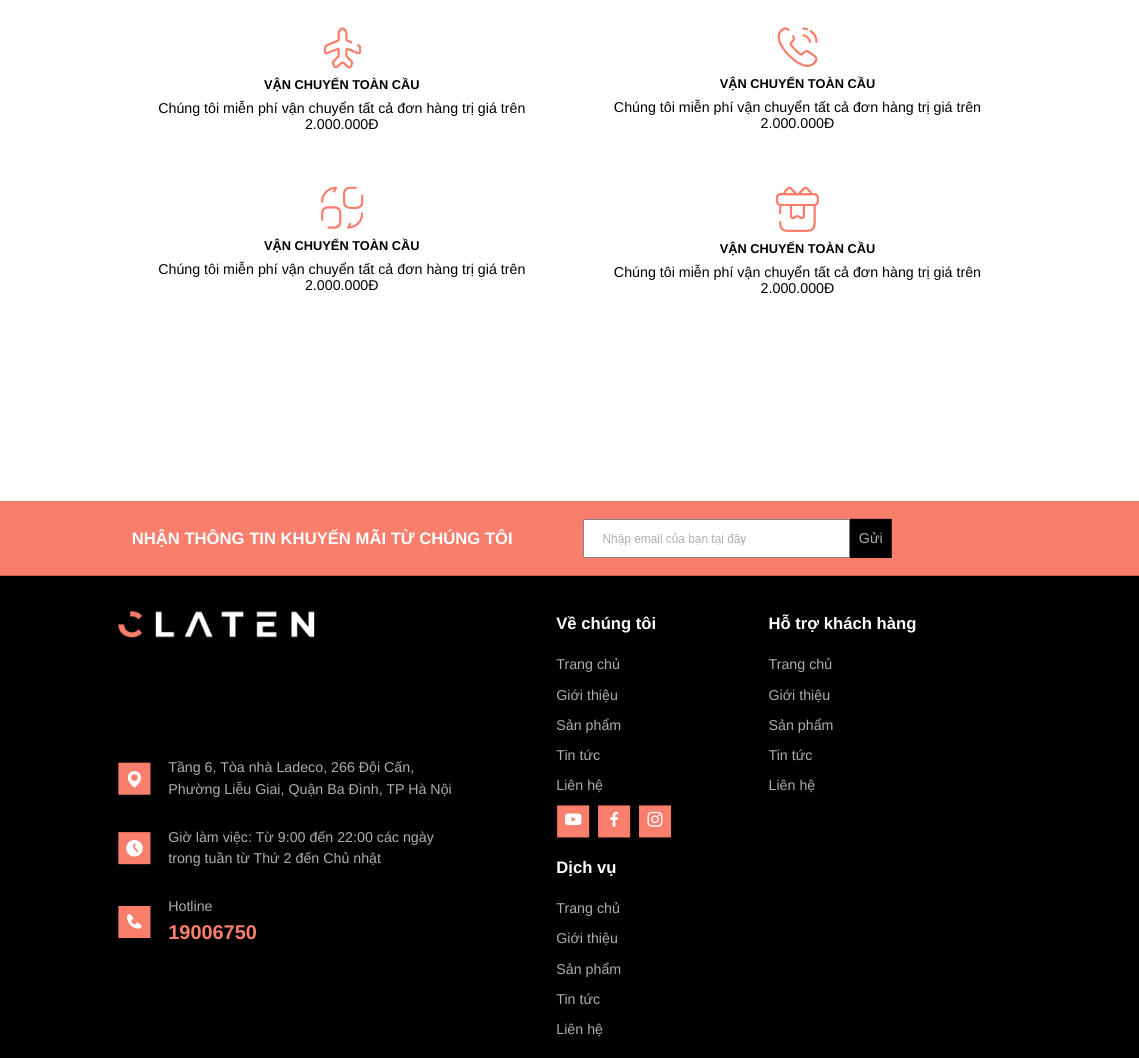
Repository: RennoPMXK/doan
Page: index.html
The author's editor kept a copy of each file at every save. The page is drawn from the files as they stood at one save, then again after the next save.
The browser window is 1280 px wide. The pictures show the part of the page from y = 573 to 1762 px (the page is 1762 px tall before and 1714 px after), at 89% of full size.

Above is the page before, as saved 2021-11-16 19:58:11.

### index.html
<!DOCTYPE html>
<html lang="en">
<head>
    <meta charset="UTF-8">
    <meta http-equiv="X-UA-Compatible" content="IE=edge">
    <meta name="viewport" content="width=device-width, initial-scale=1.0">
    <title>Document</title>
    <link rel="stylesheet" href="./grid.css">
    <link rel="stylesheet" href="./style.css">
    <link rel="stylesheet" href="./responsible.css">
    <link href='https://unpkg.com/boxicons@2.0.9/css/boxicons.min.css' rel='stylesheet'>
</head>
<body>
    <div class="navbar">
        <div class="navbar-wrapper">
            <a class="logo">
                <img src="./img/logo.png" alt="">
            </a>

            <div class="navbar-menu mobile-menu">
                <i class='bx bx-x mobile-close-icon'></i>
                <li class="navbar-menu-item"><a class = 'active' href="#">Trang chủ</a></li>
                <li class="navbar-menu-item"><a href="#">Giới thiệu</a></li>
                <li class="navbar-menu-item"><a href="#">Sản phẩm <i class='bx bxs-down-arrow navbar-menu-icon'></i></a>
                    <ul class="navbar-sub-menu">
                        <li class="navbar-sub-menu-item"><a href="">Đồng hồ nam</a></li>
                        <li class="navbar-sub-menu-item"><a href="">Đồng hồ nữ</a></li>
                        <li class="navbar-sub-menu-item"><a href="">Đồng hồ mới về</a></li>
                        <li class="navbar-sub-menu-item"><a href="">Phụ kiện nam</a></li>
                        <li class="navbar-sub-menu-item"><a href="">Phụ kiện nữ</a></li>
                    </ul>
                </li>
                <li class="navbar-menu-item"><a href="#">Tin tức</a></li>
                <li class="navbar-menu-item"><a href="#">Liên hệ</a></li>
            </div>

            <div class="navbar-icon">
                 <li class="navbar-icon-item"><a href=""><i class='bx bx-search-alt'></i></a></li>
                 <li class="navbar-icon-item"><a href=""><i class='bx bx-user'></i></a></li>
                 <li class="navbar-icon-item"><a href="#"><i class='bx bx-shopping-bag bx-tada ' ></i></a></li>
                 <li class="navbar-icon-item"><a href="#"><i class='bx bx-menu-alt-right menu-icon'></i></a></li>

            </div>
        </div>
        <div class="modal"></div>
    </div>

    <section class="hero-section">

             <div class="bgimg slide-item fade" style="background-image: url(./img/1a\(32\).jpg)">
                 <div class="caption">
                     <h2 class="top-down delay-2">
                        ĐỒNG HỒ ROLEX

                     </h2>

                     <p class="top-down delay-4">
                       Lorem ipsum dolor sit amet consectetur adipisicing elit. Aut eligendi voluptates enim tempora cupiditate ex minus aperiam impedit maxime nam. Sunt neque amet veniam vitae adipisci impedit aliquam officia hic.
                     </p>

                     <button class="top-down delay-6">
                         MUA NGAY
                     </button>
                 </div>

             </div>


             <div class="bgimg slide-item fade" style="background-image: url(./img/dong-ho-thoi-trang-rolex-banner.jpg)">
                <div class="caption">
                    <h2>
                        ĐỒNG HỒ ROLEX
                    </h2>

                    <p>
                        Lorem ipsum dolor sit amet consectetur adipisicing elit. Aut eligendi voluptates enim tempora cupiditate ex minus aperiam impedit maxime nam. Sunt neque amet veniam vitae adipisci impedit aliquam officia hic.
                    </p>

                    <button>
                        MUA NGAY
                    </button>
                </div>

             </div>


             <div class="bgimg slide-item fade" style="background-image: url(./img/Banchay_Longines_banner-1024x427.jpg)">
                <div class="caption">
                    <h2>
                        ĐỒNG HỒ ROLEX
                    </h2>

                    <p>
                        Lorem ipsum dolor sit amet consectetur adipisicing elit. Aut eligendi voluptates enim tempora cupiditate ex minus aperiam impedit maxime nam. Sunt neque amet veniam vitae adipisci impedit aliquam officia hic.
                    </p>

                    <button>
                        MUA NGAY
                    </button>
                </div>

             </div>


             <div class="slide-control">
                <div class="slide-control-wrapper">
                    <span class="dot" onclick="chooseSlide(0)"></span>
                    <span class="dot"  onclick="chooseSlide(1)"></span>
                    <span class="dot" onclick="chooseSlide(2)" ></span>

                </div>
             </div>

    </section>

    <section class="hero-section-mini ">
        <div class="container row">
            <div class="hero-section-mini-item col-3 col-md-6 col-sm-6">
                <img src="./img/icon_service_1.svg" alt="">
                 <h3>VẬN CHUYỂN TOÀN CẦU</h3>
                 <p>Chúng tôi miễn phí vận chuyển tất cả đơn hàng trị giá trên 2.000.000Đ</p>
            </div>

            <div class="hero-section-mini-item col-3 col-md-6 col-sm-6">
               <img src="./img/icon_service_2.svg" alt="">
                <h3>VẬN CHUYỂN TOÀN CẦU</h3>
                <p>Chúng tôi miễn phí vận chuyển tất cả đơn hàng trị giá trên 2.000.000Đ</p>
           </div>

           <div class="hero-section-mini-item col-3 col-md-6 col-sm-6">
               <img src="./img/icon_service_3.svg" alt="">
                <h3>VẬN CHUYỂN TOÀN CẦU</h3>
                <p>Chúng tôi miễn phí vận chuyển tất cả đơn hàng trị giá trên 2.000.000Đ</p>
           </div>

           <div class="hero-section-mini-item col-3 col-md-6 col-sm-6">
               <img src="./img/icon_service_4.svg" alt="">
                <h3>VẬN CHUYỂN TOÀN CẦU</h3>
                <p>Chúng tôi miễn phí vận chuyển tất cả đơn hàng trị giá trên 2.000.000Đ</p>
           </div>

        </div>
    </section>

    <div class="footer">
        <div class="footer-contact">
            <div class="container">
                <div class= "footer-contact-content row">
                    <h3 class="col-6 col-md-6 col-sm-12">NHẬN THÔNG TIN KHUYẾN MÃI TỪ CHÚNG TÔI</h3>
                    <div class="form col-6 col-md-6 col-sm-12">
                        <input type="text" placeholder="Nhập email của bạn tại đây"><a href="">Gửi</a></input>

                    </div>

                </div>

            </div>

         </div>
        <div class="container">

            <div class="wrapper row ">
                <div class="footer-logo row col-5 col-md-6 col-sm-12">
                    <a class="footer-img">
                        <img src="./img/logo.png" alt="">
                    </a>

                    <ul class="footer-des">
                           <li class="footes-des-item">
                               <div class="footer-des-icon">
                                    <i class='bx bxs-map'></i>
                               </div>
                               <p>Tầng 6, Tòa nhà Ladeco, 266 Đội Cấn,<br> Phường Liễu Giai, Quận Ba Đình, TP Hà Nội</p>
                           </li>
                           <li class="footes-des-item">
                                <div class="footer-des-icon">
                                    <i class='bx bxs-time-five' ></i>
                                </div>
                               <p>Giờ làm việc: Từ 9:00 đến 22:00 các ngày <br>trong tuần từ Thứ 2 đến Chủ nhật</p>
                           </li>
                           <li class="footes-des-item">
                            <div class="footer-des-icon">
                                <i class='bx bxs-phone' ></i>
                             </div>
                               <p>Hotline<br>
                                   <span>19006750</span>
                               </p>
                           </li>
                    </ul>
                </div>

                <div class="footer-menu row col-7 col-md-6 col-sm-12">
                     <div class="footer-menu-item col-4 col-md-6 col-sm-12">
                         <h3>Về chúng tôi</h3>
                         <ul>
                            <li><a href="">Trang chủ</a></li>
                            <li><a href="">Giới thiệu</a></li>
                            <li><a href="">Sản phẩm</a></li>
                            <li><a href="">Tin tức</a></li>
                            <li><a href="">Liên hệ</a></li>
                         </ul>

                         <div class="footer-social">
                            <li><a href=""><i class='bx bxl-youtube' ></i></a></li>
                            <li><a href=""><i class='bx bxl-facebook' ></i></a></li>
                            <li><a href=""><i class='bx bxl-instagram' ></i></a></li>
                       </div>
                     </div>

                     <div class="footer-menu-item col-4 col-md-6 col-sm-12">
                        <h3>Hỗ trợ khách hàng</h3>
                        <ul>
                           <li><a href="">Trang chủ</a></li>
                           <li><a href="">Giới thiệu</a></li>
                           <li><a href="">Sản phẩm</a></li>
                           <li><a href="">Tin tức</a></li>
                           <li><a href="">Liên hệ</a></li>
                        </ul>
                    </div>

                    <div class="footer-menu-item col-4 col-md-6 col-sm-12">
                        <h3>Dịch vụ</h3>
                        <ul>
                           <li><a href="">Trang chủ</a></li>
                           <li><a href="">Giới thiệu</a></li>
                           <li><a href="">Sản phẩm</a></li>
                           <li><a href="">Tin tức</a></li>
                           <li><a href="">Liên hệ</a></li>
                        </ul>
                    </div>



                </div>


            </div>
        </div>
    </div>


    <script src="./app.js"></script>
</body>
</html>

### grid.css
.row {
    display: flex;
    flex-wrap: wrap;
    margin: 0 -15px;
}

[class*="col-"] {
    padding: 0 15px;
}

.col-1 {
    width: 8.33%;
}

.col-2 {
    width: 16.66%;
}

.col-3 {
    width: 25%;
}

.col-4 {
    width: 33.33%;
}

.col-5 {
    width: 41.66%;
}

.col-6 {
    width: 50%;
}

.col-7 {
    width: 58.33%;
}

.col-8 {
    width: 66.66%;
}

.col-9 {
    width: 75%;
}

.col-10 {
    width: 83.33%;
}

.col-11 {
    width: 91.66%;
}

.col-12 {
    width: 100%;
}

/* MEDIUM SCREEN */

@media only screen and (max-width: 1280px) {
    .col-md-1 {
        width: 8.33%;
    }

    .col-md-2 {
        width: 16.66%;
    }

    .col-md-3 {
        width: 25%;
    }

    .col-md-4 {
        width: 33.33%;
    }

    .col-md-5 {
        width: 41.66%;
    }

    .col-md-6 {
        width: 50%;
    }

    .col-md-7 {
        width: 58.33%;
    }

    .col-md-8 {
        width: 66.66%;
    }

    .col-md-9 {
        width: 75%;
    }

    .col-md-10 {
        width: 83.33%;
    }

    .col-md-11 {
        width: 91.66%;
    }

    .col-md-12 {
        width: 100%;
    }
}

/* SMALL SCREEN */

@media only screen and (max-width: 850px) {
    .col-sm-1 {
        width: 8.33%;
    }

    .col-sm-2 {
        width: 16.66%;
    }

    .col-sm-3 {
        width: 25%;
    }

    .col-sm-4 {
        width: 33.33%;
    }

    .col-sm-5 {
        width: 41.66%;
    }

    .col-sm-6 {
        width: 50%;
    }

    .col-sm-7 {
        width: 58.33%;
    }

    .col-sm-8 {
        width: 66.66%;
    }

    .col-sm-9 {
        width: 75%;
    }

    .col-sm-10 {
        width: 83.33%;
    }

    .col-sm-11 {
        width: 91.66%;
    }

    .col-sm-12 {
        width: 100%;
    }
}

### style.css
:root {
    --orangeprime : #F97E6C;
    --blackrgba : rgba(0, 0, 0, 0.945);
    --footer-color : #AEAEAE;
}

html {
box-sizing: border-box;
}
*{
margin: 0;
padding: 0;
}
*,*:before,*:after {
box-sizing: border-box;
}
input,
textarea,
select,
button{
outline: none;
}
input{
line-height: normal;
}
label,
button{
cursor: pointer;
}
a {
text-decoration: none;

}
img {
display: block;

}

ul{
    list-style-type: none;
}

body {
    font-family: Montserrat,"Helvetica Neue",Helvetica;
}

span {
    color: var(--orangeprime);
    cursor: pointer;
    transition : all 0.3s linear;
    font-size: 1.4rem;
    font-weight: bold;
}

span:hover {
    color : white
}

li {
    list-style-type: none;
}

.container {
    margin : 0 auto;
    padding: 0 10%;
}
/* navbar */

.navbar {
    background-color: black;
    position: relative;

}

.navbar-wrapper {
   padding : 20px 0px;
   display: flex;
   align-items: center;
   justify-content: space-evenly;
}

.navbar-menu {
    display: flex;
    list-style-type: none;
}

.navbar-menu-icon {
    font-size: 0.5rem;
    transform: translateY(-2.5px);
    transition : 0.2s linear;
}

.navbar-menu-icon{
    transition: 0.2s ease-in-out;
}

.navbar-menu-icon.active {
    transform: rotate(-180deg);
}

.navbar-menu-item {
    position: relative;
}

.navbar-menu-item a.active {
    color: var(--orangeprime);
}

.navbar-menu-item ~ .navbar-menu-item {
    margin-left: 30px;
}

.navbar-menu-item a {
    color: white;
    font-size: 1rem;
    transition: 0.2s ease-in-out;
    letter-spacing: 1px;
}


.navbar-menu-item a:hover {
    color : var(--orangeprime);
}

.navbar-menu-item:nth-child(3) {
    position: relative;
}



.navbar-sub-menu{
    width: 150px;
    position: absolute;
    list-style-type: none;
    padding : 20px;
    background-color: var(--blackrgba);
    top: 30px;
    z-index: 100;
    display : none;
    transition: all 0.2s ease-in-out;
}


.navbar-menu-item:active .navbar-sub-menu {
    display : block;
    top: 30px;
}




.navbar-sub-menu-item {
   margin : 10px 0;
}

.navbar-sub-menu.active {
    display : block;
}

.navbar-sub-menu-item a {
    font-size: 0.8rem;
    letter-spacing: 1.2px;
}

.navbar-icon {
    display: flex;
    list-style-type: none;
}

.navbar-icon-item ~ .navbar-icon-item {
    margin-left: 25px;
}

.navbar-icon-item a {
    color : white;
    font-size: 1.5rem;
    transition: 0.2s ease-in-out;
}

.navbar-icon-item a:hover {
    color : var(--orangeprime);
}

.navbar-icon-item:last-child {
    display: none;
}

.mobile-close-icon {
    display: none;
}

/* section-hero */

.hero-section {
    position: relative;
    height: 70vh;
}


.bgimg {
    height: 100%;
    position: relative;
    background-position: center;
    background-repeat: no-repeat;
    background-size: cover;
    display: flex;
}

.bgimg::after {
    content : '\A';
    position : absolute;
    width: 100%;
    height : 100%;
    top: 0;
    left : 0;
    background-color: rgba(0, 0, 0, 0.8);
}

.caption {
    position: absolute;
    top: 48%;
    left: 25%;
    transform: translate(-50% , -50%) ;
    text-align: left;
    z-index: 10;
    width: 34.7%;
}

.caption h2 {
    line-height: 1.5;
    color: white;
    margin-bottom: 20px;
    text-transform: uppercase;
    font-size: 2.1rem;
    letter-spacing: 1.2px;
}

.caption p {
    text-align: left;
    color : white;
    font-size: 1.2rem;
    letter-spacing: 1.2px;
    line-height: 1.5;
}

.caption button {
    background-color: white;
    border: 1px solid  transparent;
    color : red;
    padding : 10px 40px;
    font-size: 16px;
    font-weight: bold;
    text-transform: uppercase;
    margin-top: 30px;
    transition : background-color 0.5s ease , color 0.5s ease , width 0.6s;
}

.caption button:hover {
    color : white;
    cursor: pointer;
    background-color:  red;
}

.caption button:focus {
    outline : none;
}

.dot {
    cursor: pointer;
    height: 10px;
    width: 10px;
    margin: 0 2px;
    background-color: white;
    border-radius: 5px;
    display: inline-block;
}

.dot:hover {
    background-color: red;
}

.dot.active {
    background-color: red;
    width: 30px;
}

.slide-control {
    position: absolute;
    left: 50%;
    transform : translateX(-50%);
    bottom: 20px;
    width: 10px;
    text-align: center;
}

.slide-control-wrapper{
    display: inline-flex;
}

.slide-item {
    display: none;
}


.top-down {
    transform: translateY(-50px);
    visibility: hidden;
    opacity: 0;
    transition: 0.5s ease-in-out ;
}

.delay-2 {
    transition-delay: 0.2s;
}

.delay-4 {
    transition-delay: 0.4s;
}


.delay-6 {
    transition-delay: 0.6s;
}


.delay-8 {
    transition-delay: 0.8s;
}

.slide-item.active .top-down{
    transform: translateY(0);
    visibility: visible;
    opacity: 1;
}

/* mini hero section */

.hero-section-mini{

}

.hero-section-mini-item {
    display: flex;
    padding: 30px;
    gap: 10px;
    flex-direction:column;
    align-items: center;
    text-align: center;
}

.hero-section-mini-item h3 {
   font-size: 0.9rem;
}

.hero-section-mini-item p {

}
/* footer */
.footer {
    color: var(--footer-color);
    margin-top: 200px;
    background-color: black;
    line-height: 1.5;
}

.footer-contact {
    background-color: var(--orangeprime);


}

.footer-contact h3 {
  color :white;
}

.footer-contact-content {
    padding : 20px;
    display: flex;
    justify-content: space-around;
    align-items: center;
    flex-wrap: wrap;
}

.form input {
    padding: 10px 20px;
    width: 300px;
}

.form a {
    padding: 10px;
    background-color: black;
    color : white;
}

.form {
    display: flex;
    flex-wrap: nowrap;
}

::placeholder {
    color: var(--footer-color);
}

.footer a {
    color: var(--footer-color);
    transition : 0.3s linear;
}

.footer a:hover {
    color: var(--orangeprime);
}

.footer-menu h3 {
    margin-top: 20px;
    color : white;
    margin-bottom: 20px;
}

.wrapper {
    padding: 20px;
    position: relative;
}


.footes-des-item {
    margin-top: 30px;
    display : flex;
    align-items: center;
}

.footer-des-icon {
    display : flex;
    align-items: center;
    justify-content:center;
    width: 36px;
    height : 36px;
    background-color: var(--orangeprime);
    margin-right: 20px;
}

.footer-des-icon i {
    font-size: 1.4rem;
    color : white;

}


.footer-menu-item li {
    margin-top: 10px;
}

.footer-social {
    display : flex;
    transform: translateX(-9px);
}

.footer-img{
    margin-top: 20px;
}

.footer-social li  {
    display : flex;
    align-items: center;
    justify-content:center;
    text-align: center;
    margin-left: 10px;
    width: 36px;
    height : 36px;
    background-color: var(--orangeprime);
}

.footer-social li a {
   color : white;
   font-size: 1.4rem;
}

.footer-social li:hover a {
    color : white;
 }

 /* fade animation */

 .fade {
     animation-name: fade;
     animation-duration: 1s;
     -webkit-animation-name: fade;
     -webkit-animation-duration: 1s;
 }

 @keyframes fade {
     from { opacity: 0.4
    } to {
        opacity: 1
    }
 }

 @-webkit-keyframes fade {
    from { opacity: 0.4
   } to {
       opacity: 1
   }
}

### responsible.css


/* Tablet */

@media only screen and (max-width: 1024px){
   .navbar-menu {
       display: none;

   }

   .navbar-wrapper {
        justify-content: space-around;
   }


   .navbar-icon-item:last-child {
        display: block;
   }


   .navbar-menu {
    padding : 20px;
    width: 40vw;
    background-color: black;
    display: block;
    position: fixed;
    top: 60px;
    left: 0;
    height: 100vh;
    min-width: 300px;
}

    .navbar-menu-item {
        margin-left: 30px;
        padding: 20px;
    }

    .navbar-sub-menu{
        position: initial;
    }


    .mobile-menu {
        transform : translateX(-100%);
        transition: 0.4s ease-in-out;
        z-index: 100;
    }

    .mobile-menu.active {
        transform : translateX(0);
    }

    .modal {
        display: none;
        position: fixed;
        top: 0;
        bottom: 0;
        right: 0;
        left: 0;
        background-color: rgba(14, 13, 13, 0.6);
    }

    .modal.active {
        display : block
    }

    .mobile-close-icon {
        cursor: pointer;
        font-size: 1.5rem;
        display: block;
        color: white;
        position: absolute;
        top: 5px;
        right:10px;
    }


}


/* Mobile */

@media only screen and (max-width: 740px) {
  .logo img{
      height: 15px;
      transform: translateY(-9px);
  }

  .navbar-icon-item a {
    color : white;
    font-size: 1.2rem;
    transition: 0.2s ease-in-out;
  }

  .navbar-icon-item a:hover {
    color : white;
  }

  .caption {
      width: 40%;
      text-align: left;
  }

  .caption h2 {
      font-size: 1.8rem;
  }

  .caption p {
      font-size: 0.9rem;
  }

  .caption button {
      font-size: 0.8rem;
      width: 100%;

  }

}

### app.js
// Menu effect

var navbarItem= document.querySelectorAll('.navbar-menu-item a')
var subMenu= document.querySelector('.navbar-sub-menu')
var iconmenu = document.querySelector('.navbar-menu-item i')
var menuMobie = document.querySelector('.menu-icon')
var overlayMenu = document.querySelector('.mobile-menu')
var modal = document.querySelector('.modal')
var closeMobile = document.querySelector('.mobile-close-icon')
console.log(navbarItem[2])
navbarItem[2].addEventListener('click', function(){
  subMenu.classList.toggle('active');
  iconmenu.classList.toggle('active');
})

menuMobie.addEventListener("click" , function(){
   overlayMenu.classList.add('active');
   modal.classList.add('active');
})

closeMobile.addEventListener('click', function(){
    overlayMenu.classList.remove('active');
    modal.classList.remove('active');
})

navbarItem.forEach(function(item , index){
  item.onclick = function(){
    document.querySelector('.navbar-menu-item a.active').classList.remove('active');
    this.classList.add('active')
  }
})

const $ = document.querySelector.bind(document)
const $$ = document.querySelectorAll.bind(document)

var tabs = $$('.tab-item');


var panes = $$('.tab-pane');


// tab-active
tabs.forEach(function(tab, index){
    tab.onclick = function(){
        document.querySelector('.tab-item.active').classList.remove('active')
        this.classList.add('active')
        document.querySelector('.tab-pane.active').classList.remove('active')
        panes[index].classList.add('active')
    }
})

// hero-slide
var slideIndex = 0;
showSlide();

var timer = setInterval(showSlide, 3000);
var slideContainer = document.querySelector('.hero-section')
var slideControl = document.querySelector('.slide-control')

slideContainer.onmouseover = function(){
  clearInterval(timer);
}

slideControl.onmouseover = function(){
  clearInterval(timer);
}

slideContainer.onmouseleave = function(){
  timer = setInterval(showSlide,3000);
}

slideControl.onmouseleave = function(){
  timer = setInterval(showSlide, 3000);
}

function showSlide(){

   var slides = document.querySelectorAll('.slide-item');
   var dots = document.querySelectorAll(".dot");

   slides.forEach(function(slide , index){
      slides[index].style.display = 'none'
      slides[index].classList.remove('active')
   })

   dots.forEach(function(dot,index){
     dots[index].classList.remove("active");
   })

   slideIndex++;
   if(slideIndex > slides.length) slideIndex = 1;
   slides[slideIndex-1].style.display = "block";
   slides[slideIndex-1].classList.add('active')
   dots[slideIndex-1].classList.add("active");
}

function chooseSlide(n){
  slideIndex = n;
  showSlide();
  clearInterval(timer);
}

After the next save:
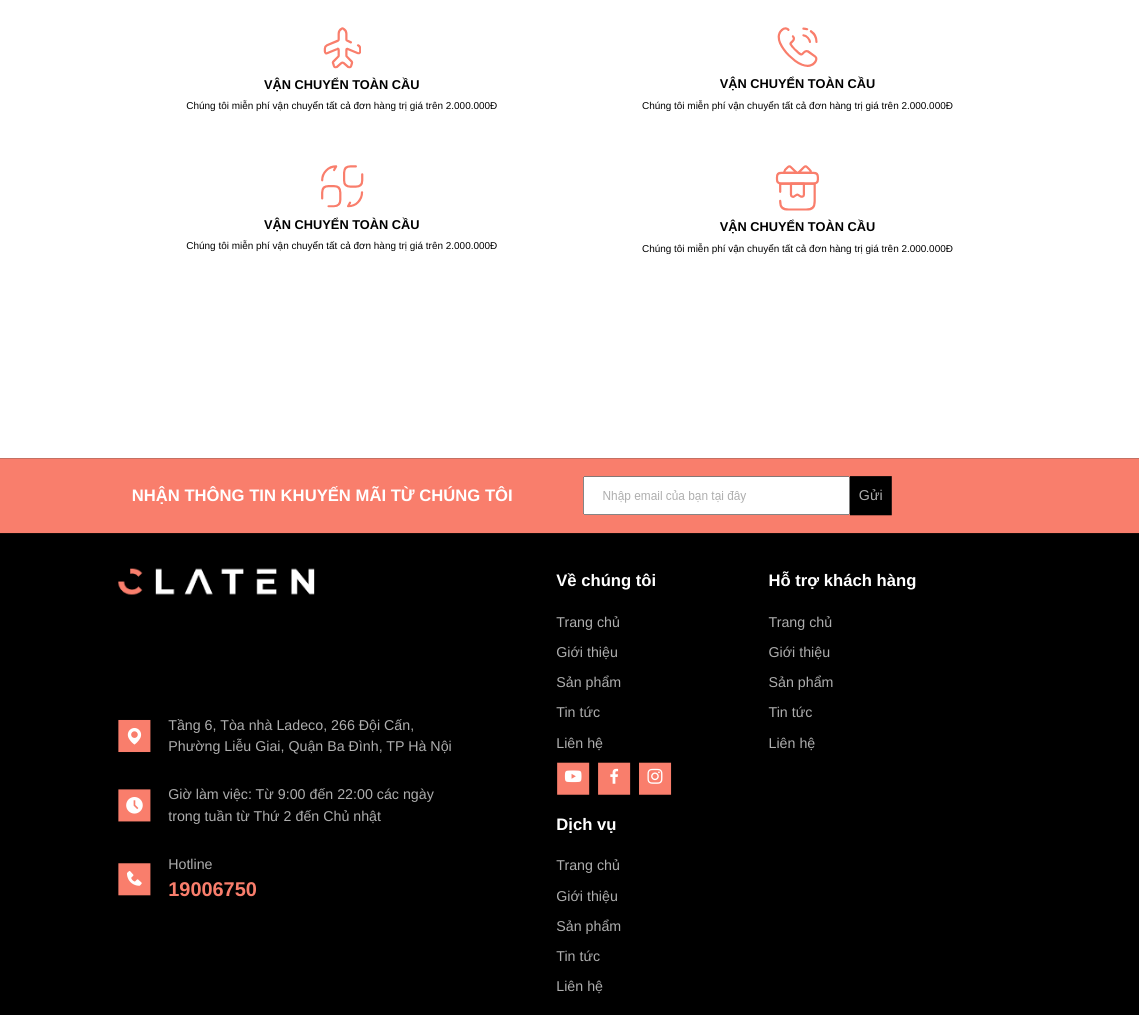
Saved 32 s later.
--- a/style.css
+++ b/style.css
@@ -353,7 +353,7 @@ li {
 }
 
 .hero-section-mini-item p {
-
+   font-size: 0.7rem;
 }
 /* footer */
 .footer {
